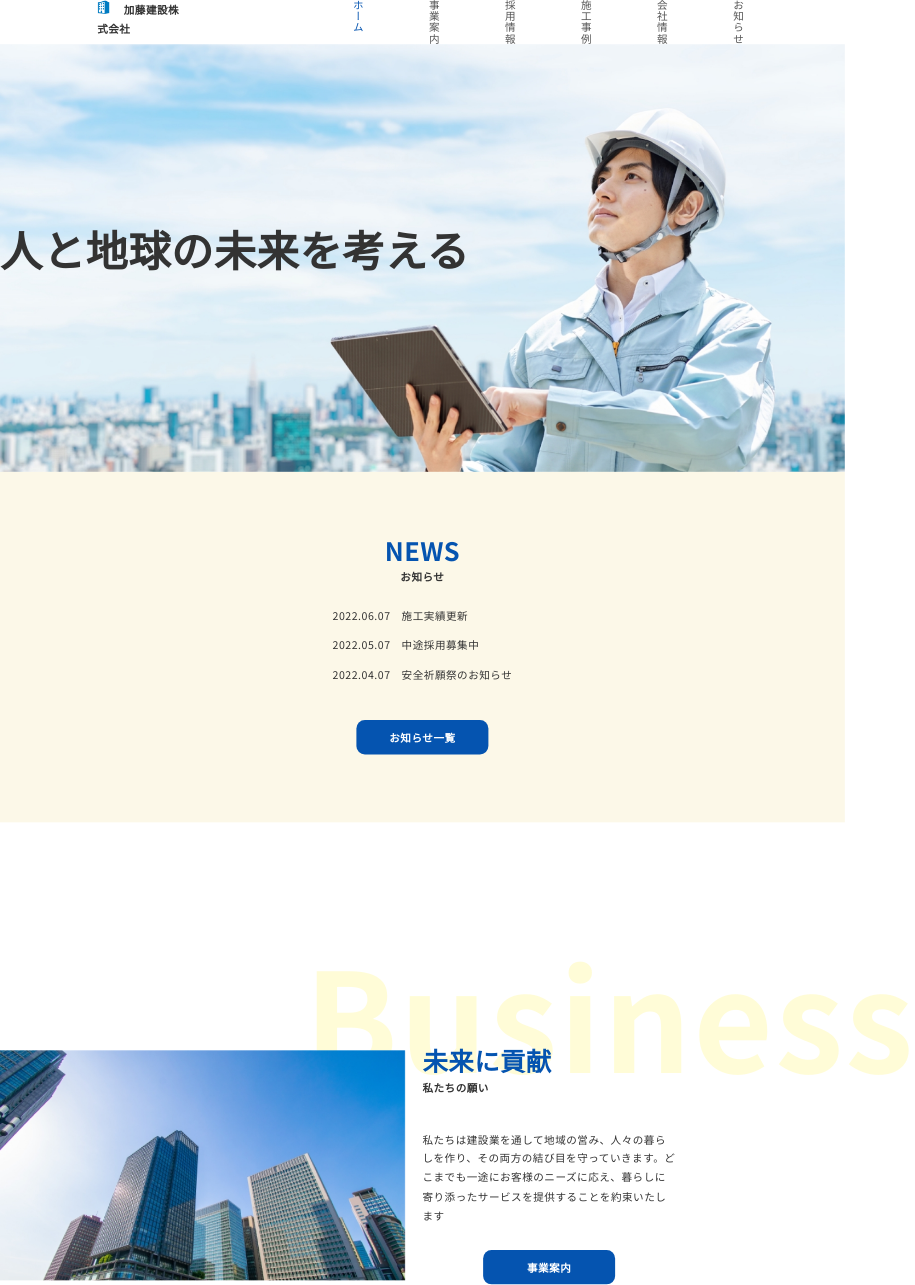
Repository: nozomi-23/hp1_test
Page: index.html
The author's editor kept a copy of each file at every save. The page is drawn from the files as they stood at one save, then again after the next save.
The browser window is 1280 px wide. The page is 1387 px wide, so the pictures cover 1387 px, including what lies to the right of the window. The pictures show the whole page, at 66% of full size.

Above is the page before, as saved 2022-06-12 14:55:36.

After the next save:
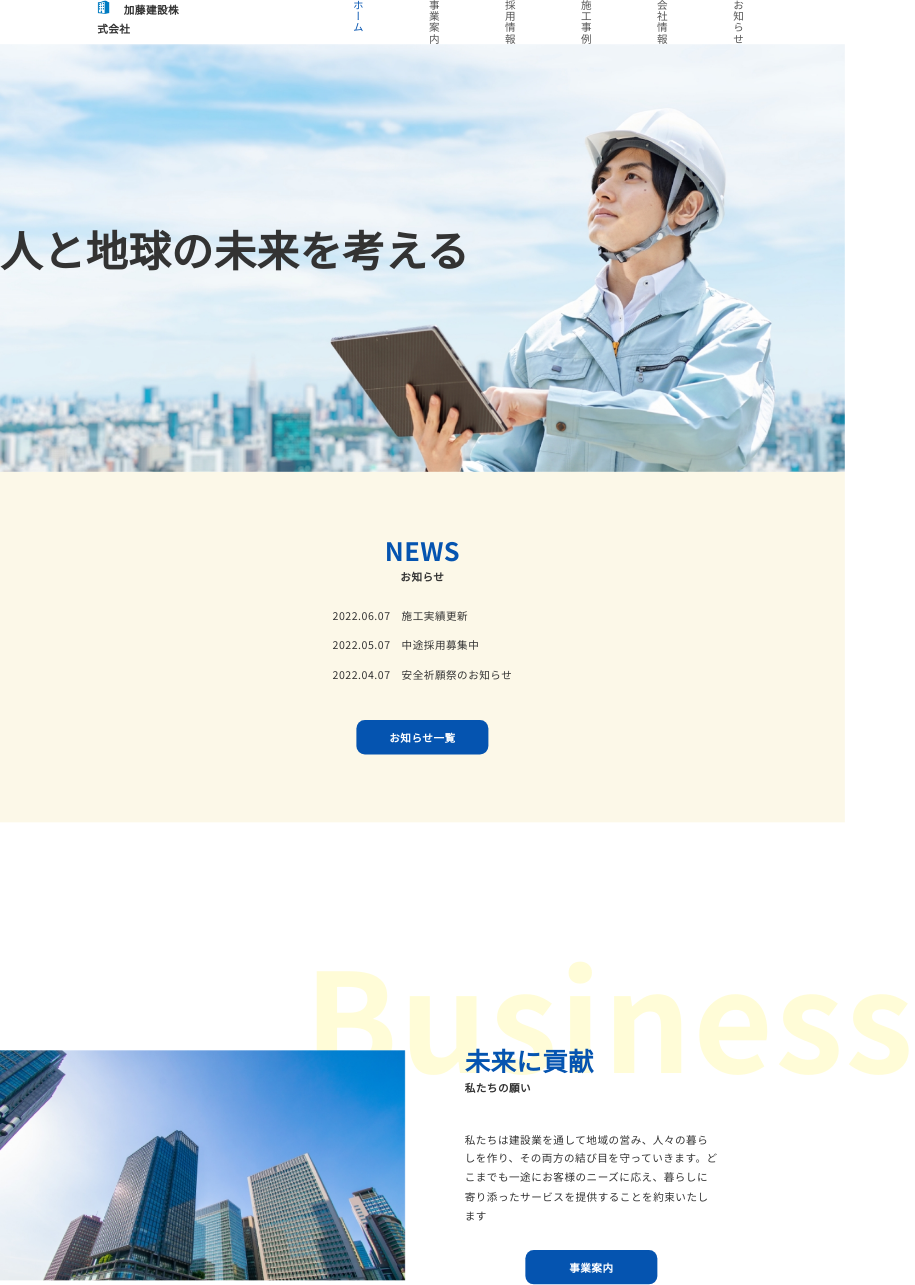
Saved 11 s later.
--- a/css/index.css
+++ b/css/index.css
@@ -101,7 +101,7 @@ business
 }
 .business_block_2 {
   width: 30%;
-  margin-right: 20%;
+  margin-right: 15%;
 }
 .business_block_2 p {
   padding: 15% 0 10% 0;
